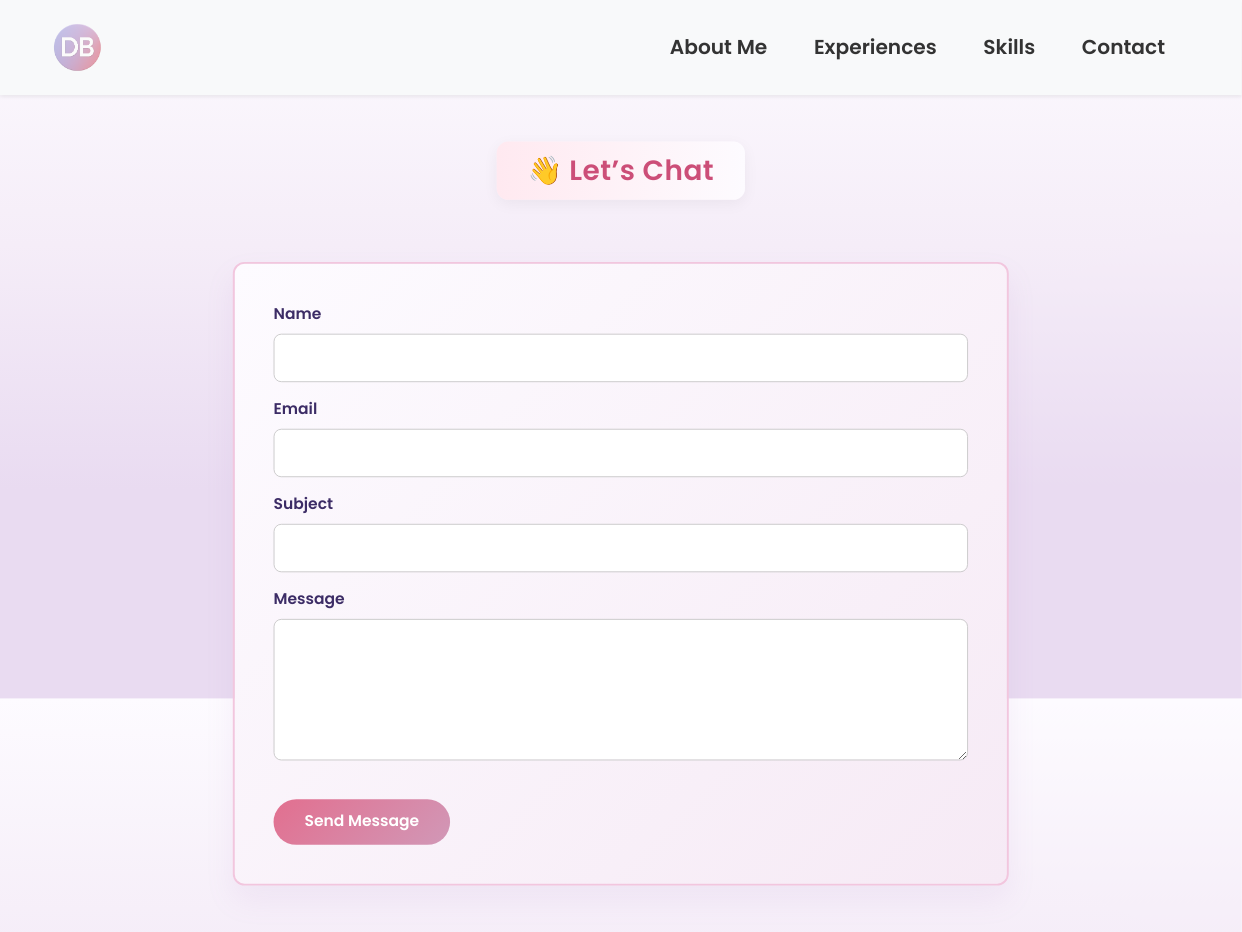
Repository: daizzah/daizzah-portfolio
Page: contact.html
These files come from the project's save history. The page is drawn as it stood at one moment and after the next save; the edit follows.
The browser window is 1280 px wide. The pictures show the whole page, at 97% of full size.
Backgrounds fixed to the window are drawn as part of the page.

Above is the page before, as saved 2025-04-01 21:25:22.

After the next save:
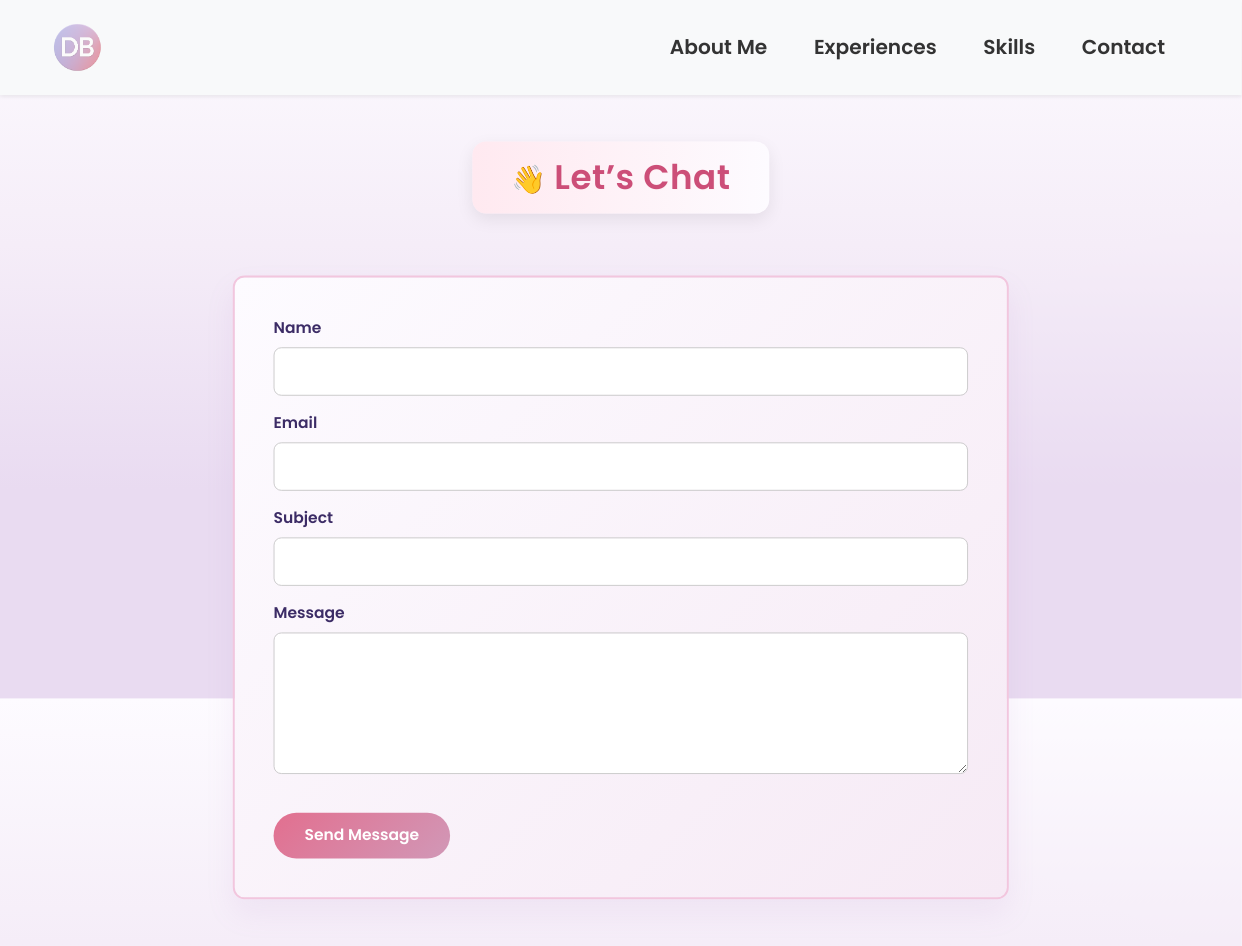
Saved 7 min 41 s later.
--- a/styles.css
+++ b/styles.css
@@ -263,13 +263,20 @@ html, body {
   .pretty-header {
     background: linear-gradient(90deg, #ffe9f0, #fdfbff);
     display: inline-block;
-    padding: 0.8rem 2rem;
-    border-radius: 12px;
-    font-weight: 700;
-    font-size: 1.8rem;
+    padding: 1rem 2.5rem;
+    border-radius: 14px;
+    font-weight: 800;
+    font-size: 2.2rem; /* ⬅️ Bigger! */
     color: #cc4e78;
-    box-shadow: 0 4px 15px rgba(0, 0, 0, 0.05);
-    margin-bottom: 2.5rem; /* 👈 this adds space below */
+    box-shadow: 0 6px 18px rgba(0, 0, 0, 0.08); /* ⬅️ Softer glow */
+    margin-bottom: 2.5rem;
+    transition: all 0.3s ease-in-out;
+    letter-spacing: 0.5px;
+    text-shadow: 1px 1px 0 #fef1f5;
+  }
+  .pretty-header:hover {
+    transform: scale(1.03);
+    box-shadow: 0 8px 20px rgba(0, 0, 0, 0.1);
   }
 
 
